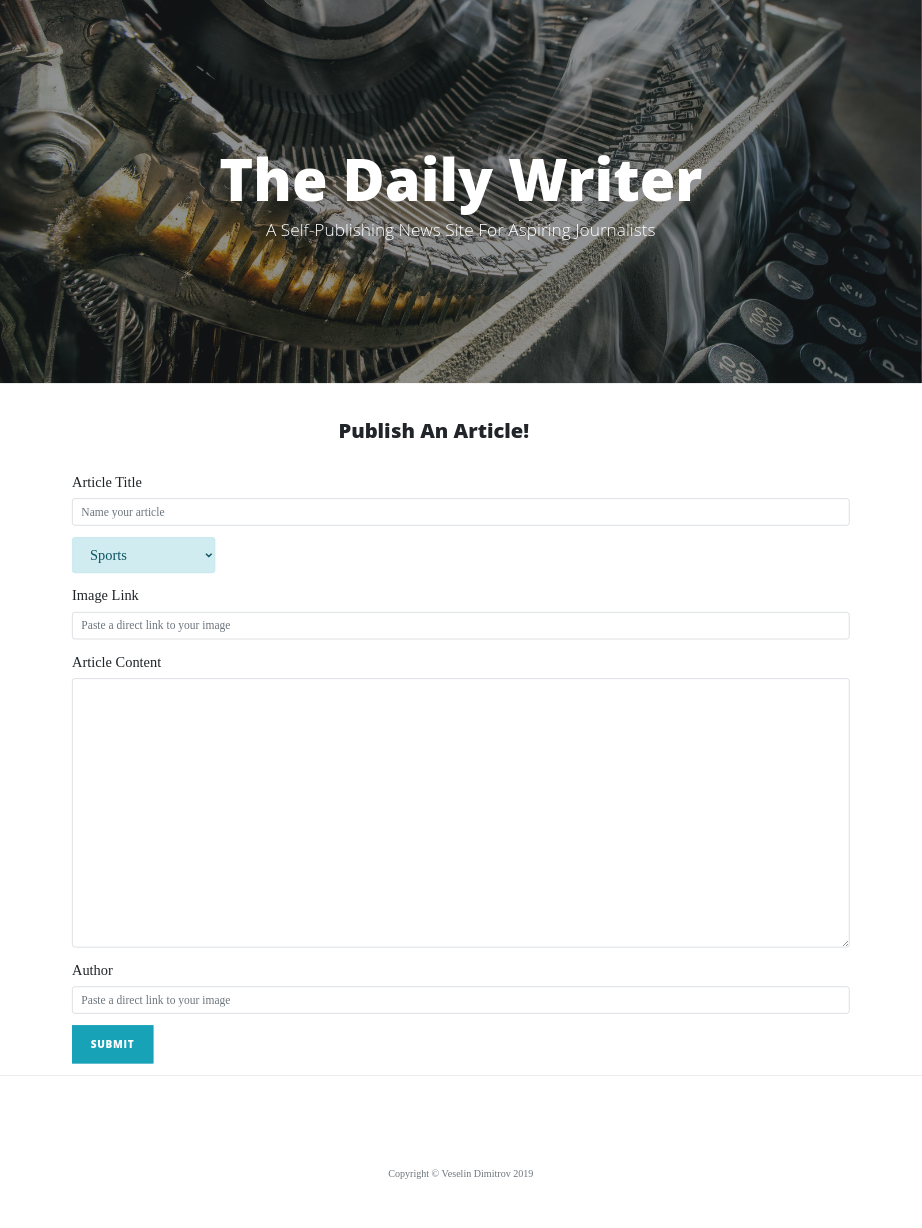
Repository: Vesss/Blog-Project
Page: http://localhost/post
The author's editor kept a record of every edit. The page is drawn from the files as they stood at one moment, then again after the next edit.
The browser window is 1280 px wide. The pictures show the whole page, at 72% of full size.
The page is served by the project's application, run on Flask 3 (app.py).

Above is the page before.

After the next edit:
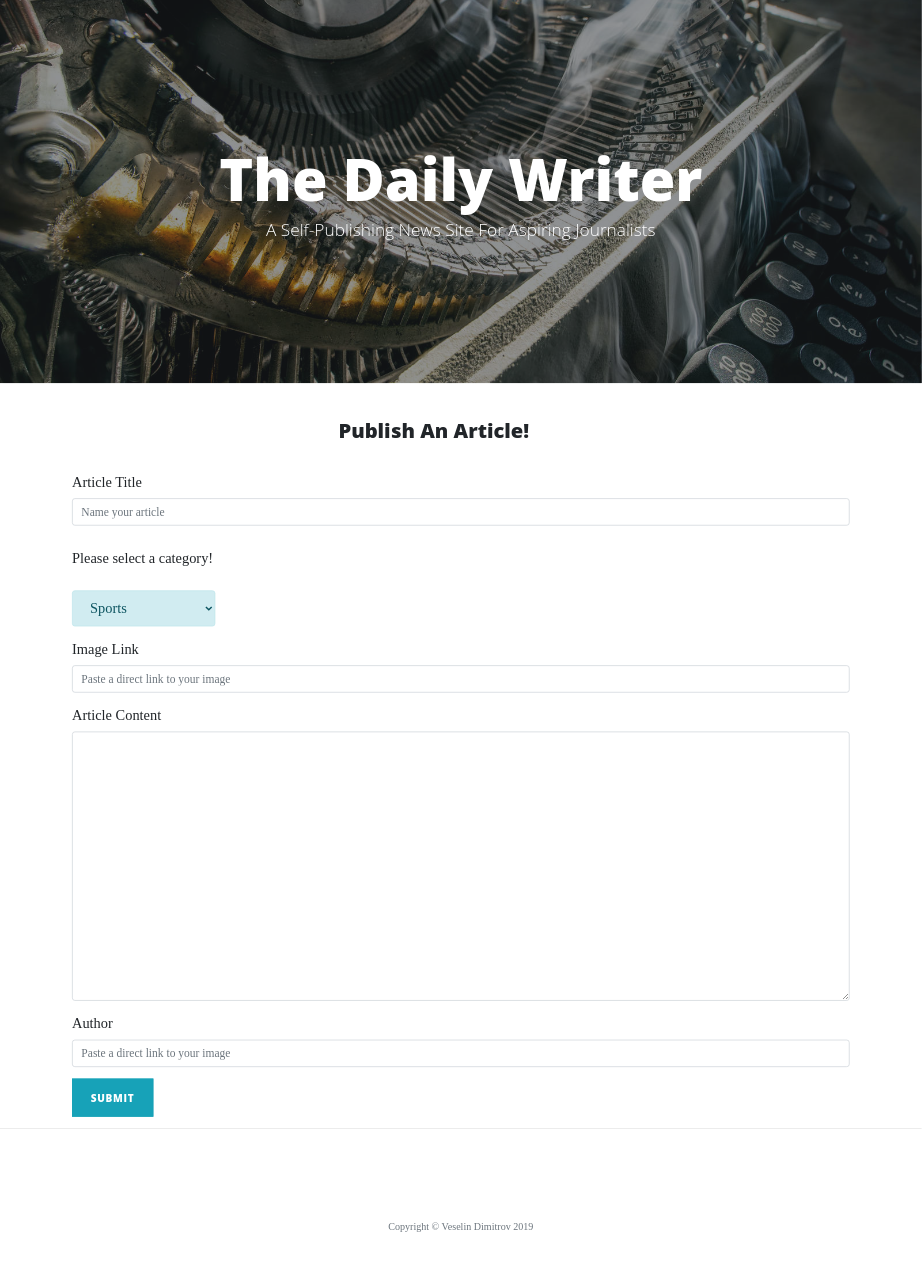
The edit:
--- a/templates/post.html
+++ b/templates/post.html
@@ -15,17 +15,8 @@
                 <label for="article">Article Title</label>
                 <input type="text" class="form-control" placeholder="Name your article" name="title">
             </div>
-            <!--<div class="dropdown form-group">-->
-            <!--    <button class="btn btn-secondary dropdown-toggle" type="button" id="dropdownMenuButton" data-toggle="dropdown" aria-haspopup="true" aria-expanded="false">Category</button>-->
-            <!--    <div class="dropdown-menu" aria-labelledby="dropdownMenuButton" id="category" name="category">-->
-            <!--        <option class="dropdown-item" disabled>Select a category</option>-->
-            <!--        <option name="sport">Sport</option>-->
-            <!--        <option name="general_news">General News</option>-->
-            <!--        <option name="health">Health</option>-->
-            <!--        <option name="technology">Technology</option>-->
-            <!--        <option name="fashion">Fashion</option>-->
-            <!--    </div>-->
-            <!--</div>-->
+
+            <p>Please select a category!</p>
 
             <select name="category" class="alert alert-info">
                 <option class="dropdown-item" disabled>Select a category</option>
